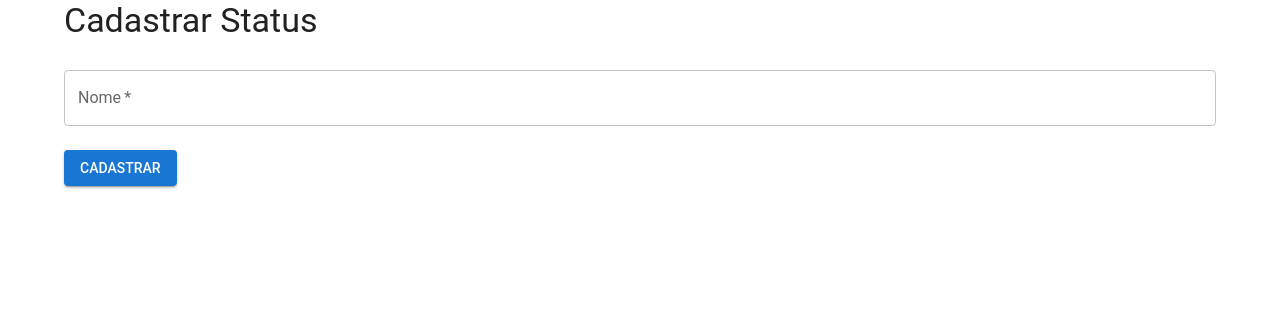
Repository: feliperanon/mobilegestao
Page: /add-status (app in frontend/)
An editor plug-in stored every save of this project. The page is shown before and after the next save, followed by the edit.
The browser window is 1280 px wide. The pictures show the whole page.
The page's requests for data from a server got no answer. The project was rebuilt for these pictures with package versions that can differ from the ones it lists, and the page was loaded fresh each time. No one was signed in, and anything a server would have sent is missing. Also part of the build but not shown: frontend/webpack.config.js, frontend/src/pages/Home.js, frontend/src/pages/History.js, frontend/src/pages/Analysis.js, frontend/src/components/Dashboard.js, frontend/src/components/Login.js, frontend/src/components/Register.js, frontend/src/components/AddEntregador.js and 1 more.

Above is the page before, as saved 2024-07-14 16:24:13.

### frontend/public/index.html
<!-- frontend/public/index.html -->

<!DOCTYPE html>
<html lang="en">
<head>
    <meta charset="UTF-8">
    <meta name="viewport" content="width=device-width, initial-scale=1.0">
    <title>Mobile Gestão</title>
</head>
<body>
    <div id="root"></div>
</body>
</html>

### frontend/src/index.js
// frontend/src/index.js

import React from 'react';
import ReactDOM from 'react-dom';
import { BrowserRouter as Router, Route, Switch } from 'react-router-dom';
import { ThemeProvider, createTheme } from '@mui/material/styles';
import CssBaseline from '@mui/material/CssBaseline';
import Home from './pages/Home';
import History from './pages/History';
import Analysis from './pages/Analysis';
import Dashboard from './components/Dashboard';
import Login from './components/Login';
import Register from './components/Register';
import AddEntregador from './components/AddEntregador';
import AddCliente from './components/AddCliente';
import AddStatus from './components/AddStatus';

const theme = createTheme({
  palette: {
    primary: {
      main: '#1976d2',
    },
    secondary: {
      main: '#dc004e',
    },
  },
  typography: {
    fontFamily: 'Roboto, Arial, sans-serif',
  },
});

ReactDOM.render(
  <ThemeProvider theme={theme}>
    <CssBaseline />
    <Router>
      <Switch>
        <Route path="/" exact component={Home} />
        <Route path="/login" component={Login} />
        <Route path="/register" component={Register} />
        <Route path="/dashboard" component={Dashboard} />
        <Route path="/history" component={History} />
        <Route path="/analysis" component={Analysis} />
        <Route path="/add-entregador" component={AddEntregador} />
        <Route path="/add-cliente" component={AddCliente} />
        <Route path="/add-status" component={AddStatus} />
      </Switch>
    </Router>
  </ThemeProvider>,
  document.getElementById('root')
);

### frontend/src/components/AddStatus.js
// frontend/src/components/AddStatus.js

import React, { useState } from 'react';
import axios from 'axios';
import { Container, Typography, TextField, Button, Box } from '@mui/material';

const AddStatus = () => {
  const [nome, setNome] = useState('');

  const handleSubmit = async (e) => {
    e.preventDefault();
    try {
      await axios.post('http://localhost:5008/api/lists/status', { nome });
      setNome('');
      alert('Status cadastrado com sucesso!');
    } catch (err) {
      console.error(err);
      alert('Erro ao cadastrar status.');
    }
  };

  return (
    <Container>
      <Typography variant="h4" component="h1" gutterBottom>
        Cadastrar Status
      </Typography>
      <Box component="form" onSubmit={handleSubmit} sx={{ mb: 4 }}>
        <TextField
          label="Nome"
          value={nome}
          onChange={(e) => setNome(e.target.value)}
          fullWidth
          required
          margin="normal"
        />
        <Button type="submit" variant="contained" color="primary" sx={{ mt: 2 }}>
          Cadastrar
        </Button>
      </Box>
    </Container>
  );
};

export default AddStatus;

After the next save:
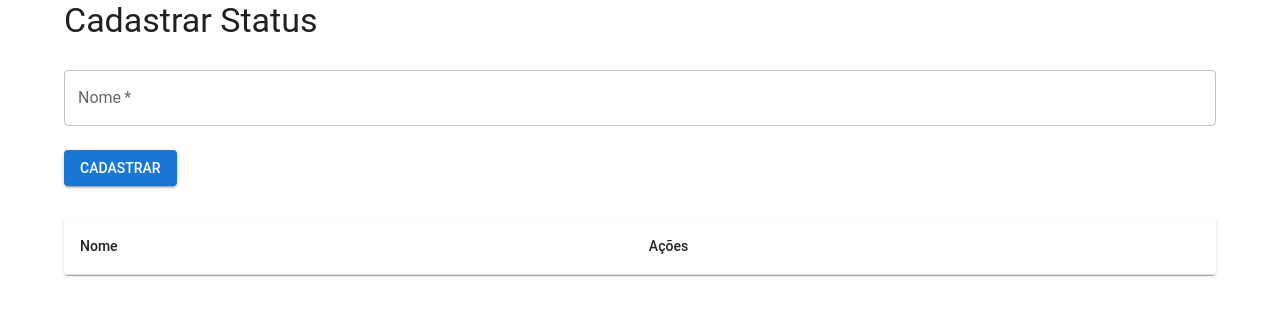
Saved 44 s later.
--- a/frontend/src/components/AddStatus.js
+++ b/frontend/src/components/AddStatus.js
@@ -1,21 +1,66 @@
 // frontend/src/components/AddStatus.js
 
-import React, { useState } from 'react';
+import React, { useState, useEffect } from 'react';
 import axios from 'axios';
-import { Container, Typography, TextField, Button, Box } from '@mui/material';
+import { Container, Typography, TextField, Button, Box, Table, TableBody, TableCell, TableContainer, TableHead, TableRow, Paper, IconButton } from '@mui/material';
+import { Edit, Delete, Block } from '@mui/icons-material';
 
 const AddStatus = () => {
   const [nome, setNome] = useState('');
+  const [statusList, setStatusList] = useState([]);
+  const [editingId, setEditingId] = useState(null);
+
+  const fetchStatus = async () => {
+    const res = await axios.get('http://localhost:5008/api/lists/status');
+    setStatusList(res.data);
+  };
+
+  useEffect(() => {
+    fetchStatus();
+  }, []);
 
   const handleSubmit = async (e) => {
     e.preventDefault();
     try {
-      await axios.post('http://localhost:5008/api/lists/status', { nome });
+      if (editingId) {
+        await axios.put(`http://localhost:5008/api/lists/status/${editingId}`, { nome });
+        setEditingId(null);
+      } else {
+        await axios.post('http://localhost:5008/api/lists/status', { nome });
+      }
       setNome('');
-      alert('Status cadastrado com sucesso!');
+      fetchStatus();
+      alert('Status cadastrado/editado com sucesso!');
     } catch (err) {
       console.error(err);
-      alert('Erro ao cadastrar status.');
+      alert('Erro ao cadastrar/editando status.');
+    }
+  };
+
+  const handleEdit = (id, currentNome) => {
+    setNome(currentNome);
+    setEditingId(id);
+  };
+
+  const handleDelete = async (id) => {
+    try {
+      await axios.delete(`http://localhost:5008/api/lists/status/${id}`);
+      fetchStatus();
+      alert('Status excluído com sucesso!');
+    } catch (err) {
+      console.error(err);
+      alert('Erro ao excluir status.');
+    }
+  };
+
+  const handleDeactivate = async (id) => {
+    try {
+      await axios.patch(`http://localhost:5008/api/lists/status/${id}/deactivate`);
+      fetchStatus();
+      alert('Status desativado com sucesso!');
+    } catch (err) {
+      console.error(err);
+      alert('Erro ao desativar status.');
     }
   };
 
@@ -34,9 +79,37 @@ const AddStatus = () => {
           margin="normal"
         />
         <Button type="submit" variant="contained" color="primary" sx={{ mt: 2 }}>
-          Cadastrar
+          {editingId ? 'Editar' : 'Cadastrar'}
         </Button>
       </Box>
+      <TableContainer component={Paper}>
+        <Table>
+          <TableHead>
+            <TableRow>
+              <TableCell>Nome</TableCell>
+              <TableCell>Ações</TableCell>
+            </TableRow>
+          </TableHead>
+          <TableBody>
+            {statusList.map((status) => (
+              <TableRow key={status._id}>
+                <TableCell>{status.nome}</TableCell>
+                <TableCell>
+                  <IconButton onClick={() => handleEdit(status._id, status.nome)}>
+                    <Edit />
+                  </IconButton>
+                  <IconButton onClick={() => handleDelete(status._id)}>
+                    <Delete />
+                  </IconButton>
+                  <IconButton onClick={() => handleDeactivate(status._id)}>
+                    <Block />
+                  </IconButton>
+                </TableCell>
+              </TableRow>
+            ))}
+          </TableBody>
+        </Table>
+      </TableContainer>
     </Container>
   );
 };
